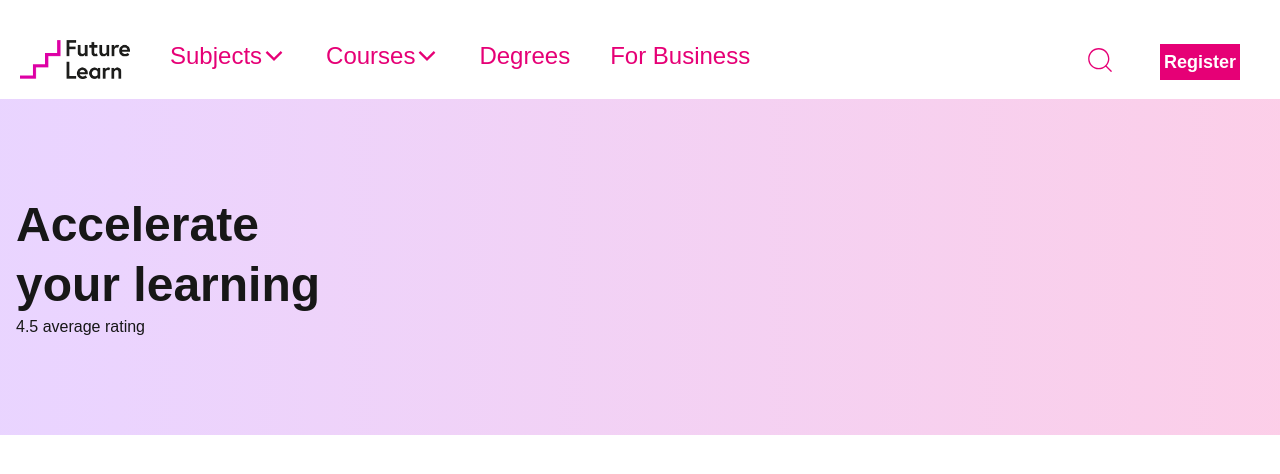
Repository: Aayu0981/Courses-App
Page: / (app in my-app/)
These files come from the project's save history. The page is drawn as it stood at one moment and after the next save; the edit follows.
The browser window is 1280 px wide. The pictures show the whole page.
The project was rebuilt for these pictures with package versions that can differ from the ones it lists, and the page was loaded fresh each time. The framework's server and built-in components were replaced by stand-ins that run in the browser. Also part of the build but not shown: my-app/next.config.ts.

Above is the page before, as saved 2025-11-21 13:56:50.

After the next save:
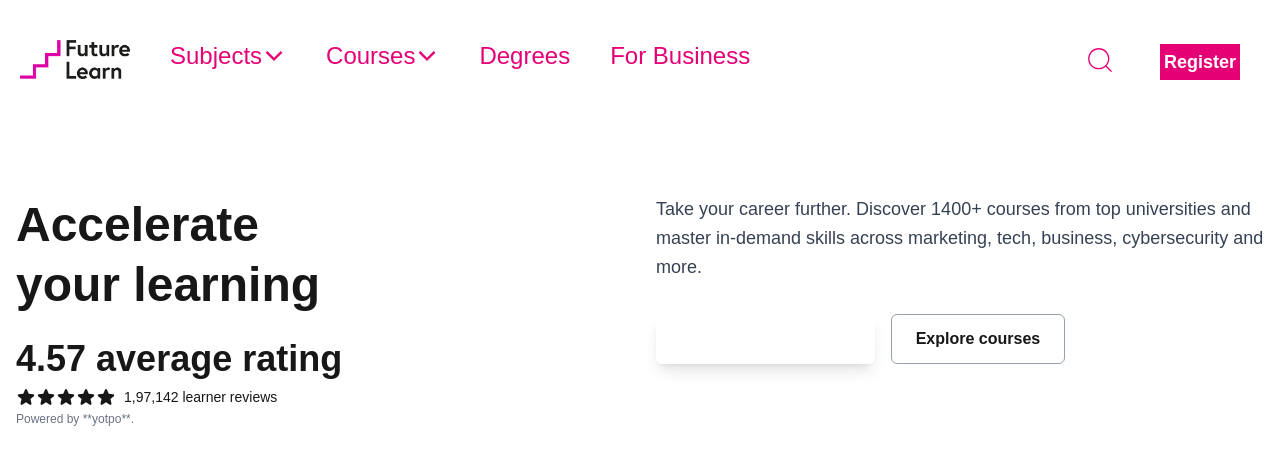
Saved 98 s later.
--- a/my-app/app/Components/MidP.tsx
+++ b/my-app/app/Components/MidP.tsx
@@ -1,30 +1,63 @@
-import { MdStarRate } from "react-icons/md";
-import { IoMdStarHalf } from "react-icons/io";
+// components/HeroSection.js
+import React from 'react';
+import { StarIcon } from '@heroicons/react/24/solid'; // आपको एक आइकॉन लाइब्रेरी (जैसे Heroicons) इनस्टॉल करनी होगी
 
-500
-export default function MidPAges(){
-    return(<div className=" ">
+export default function HeroSection() {
+  return (
+    // 1. बैकग्राउंड ग्रेडिएंट और padding/margin
+    <section className="bg-gradient-to-r from-soft-pink-start to-soft-purple-end py-16 md:py-24">
+      <div className="container mx-auto px-4">
 
-        {/* left part */}
-        <section className="bg-gradient-to-r from-purple-200 to-pink-200 py-16 md:py-24">
-            <div className="container mx-auto px-4">
-                {/* 2coolssam */}
-                <div className="grid md:grid-cols-2 gap-8 items-start">
-                    {/* left part */}
+        {/* ग्रिड लेआउट (2 कॉलम) */}
+        <div className="grid md:grid-cols-2 gap-8 items-start">
 
-                    <div>
-                        <h1 className="text-4xl md:text-5xl font-extrabold  text-futurelern-purple leading-tight">Accelerate <br/> your learning  </h1>
-                        <div>
-                            <p>4.5 average rating</p>
-                            </div>
-                    </div>
-                </div>
+          {/* बायाँ कॉलम (Text and Rating) */}
+          <div>
+            <h1 className="text-4xl md:text-5xl font-extrabold text-futurelearn-purple leading-tight">
+              Accelerate<br />your learning
+            </h1>
+
+            {/* रेटिंग सेक्शन */}
+            <div className="mt-6">
+              <p className="text-4xl font-semibold text-futurelearn-purple">4.57 average rating</p>
+
+              {/* स्टार्स */}
+              <div className="flex items-center mt-2">
+                {[...Array(5)].map((_, i) => (
+                  <StarIcon
+                    key={i}
+                    className={`w-5 h-5 ${i < 4.5 ? 'text-futurelearn-pink' : 'text-gray-300'}`}
+                    // यहाँ 4.5 स्टार दिखाने के लिए लॉजिक एडजस्ट करना होगा
+                  />
+                ))}
+                <span className="ml-2 text-futurelearn-purple text-sm">1,97,142 learner reviews</span>
+              </div>
+
+              <p className="text-xs mt-1 text-gray-500">Powered by **yotpo**.</p>
             </div>
-        </section>
+          </div>
 
+          {/* दायाँ कॉलम (Description and Buttons) */}
+          <div className="pt-4 md:pt-0">
+            <p className="text-lg text-gray-700 leading-relaxed">
+              Take your career further. Discover 1400+ courses
+              from top universities and master in-demand skills
+              across marketing, tech, business, cybersecurity and
+              more.
+            </p>
 
-
-
-
-    </div>)
+            {/* बटन्स */}
+            <div className="flex flex-col sm:flex-row space-y-4 sm:space-y-0 sm:space-x-4 mt-8">
+              <button className="bg-futurelearn-pink hover:bg-pink-700 text-white font-semibold py-3 px-6 rounded-md shadow-lg transition duration-300">
+                Get Unlimited learning
+              </button>
+              <button className="bg-white border border-gray-400 hover:border-gray-500 text-futurelearn-purple font-semibold py-3 px-6 rounded-md transition duration-300">
+                Explore courses
+              </button>
+            </div>
+          </div>
+        </div>
+      </div>
+    </section>
+  );
 }
